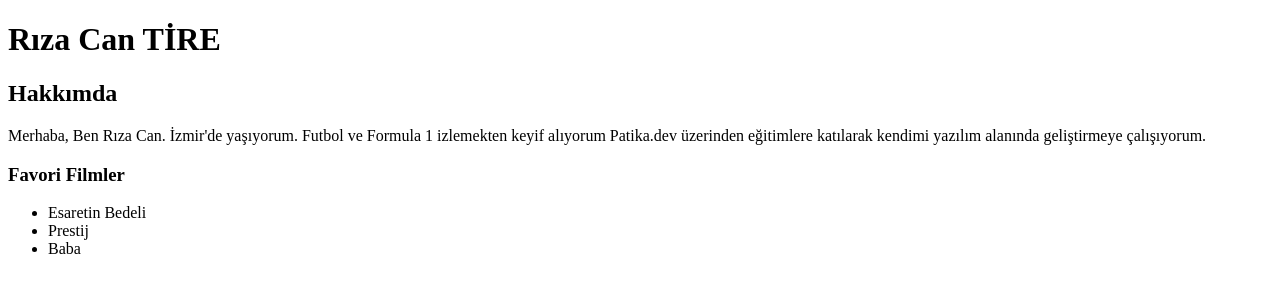
Repository: rizacantire/html
Page: Odev2/index.html
These files come from the project's save history. The page is drawn as it stood at one moment and after the next save; the edit follows.
The browser window is 1280 px wide. The pictures show the whole page.

Above is the page before, as saved 2021-12-06 23:08:49.

After the next save:
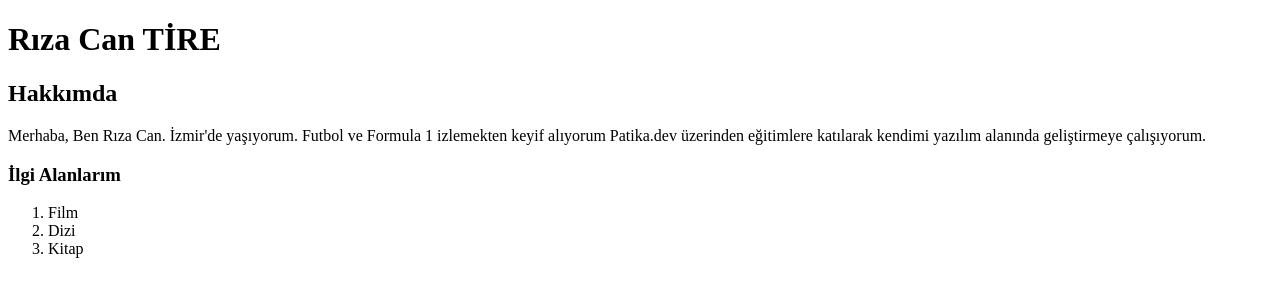
Saved 4 min 4 s later.
--- a/Odev2/index.html
+++ b/Odev2/index.html
@@ -16,14 +16,12 @@
     <p>Merhaba, Ben Rıza Can. İzmir'de yaşıyorum. Futbol ve Formula 1 izlemekten keyif alıyorum
         Patika.dev üzerinden eğitimlere katılarak kendimi yazılım alanında geliştirmeye çalışıyorum.
     </p>
-    <h3>Favori Filmler</h3>
-    <p>
-    <ul>
-        <li>Esaretin Bedeli</li>
-        <li>Prestij</li>
-        <li>Baba</li>
-    </ul>
-    </p>
+    <div class="main-content">
+        <h3>İlgi Alanlarım</h3>
+        <ol type="1"><li>Film</li>
+        <li>Dizi</li>
+        <li>Kitap</li></ol>
+    </div>
 </body>
 
 </html>
